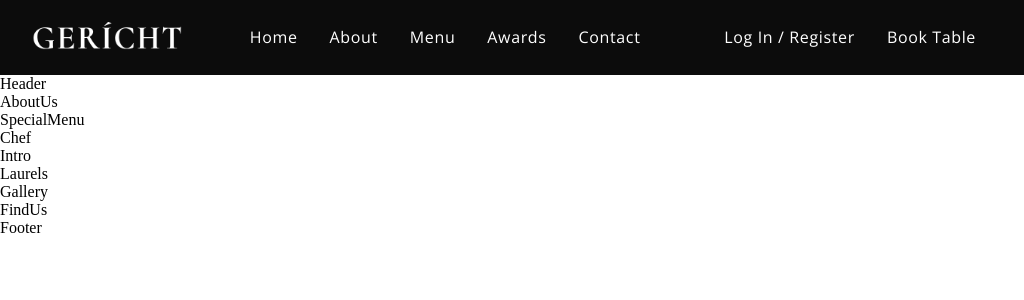
Repository: Isanderr/react-restaurant-page
Page: /
An editor plug-in stored every save of this project. The page is shown before and after the next save, followed by the edit.
The browser window is 1024 px wide. The pictures show the whole page.
Some web fonts or font styles are not loaded; a fallback is used. The project was rebuilt for these pictures with package versions that can differ from the ones it lists, and the page was loaded fresh each time. Also part of the build but not shown: src/components/SubHeading/SubHeading.jsx, src/components/Footer/Newsletter.jsx, src/components/Footer/FooterOverlay.jsx, src/components/Menuitem/MenuItem.jsx.

Above is the page before, as saved 2022-05-21 14:58:44.

### public/index.html
<!DOCTYPE html>
<html lang="en">
  <head>
    <meta charset="utf-8" />
    <link rel="icon" href="%PUBLIC_URL%/favicon.ico" />
    <meta name="viewport" content="width=device-width, initial-scale=1" />
    <meta name="theme-color" content="#000000" />
    <meta
      name="description"
      content="Web site created using create-react-app"
    />
    <link rel="apple-touch-icon" href="%PUBLIC_URL%/logo192.png" />
    <link rel="manifest" href="%PUBLIC_URL%/manifest.json" />
    <title>Restaurant Page</title>
  </head>
  <body>
    <noscript>You need to enable JavaScript to run this app.</noscript>
    <div id="root"></div>
  </body>
</html>

### src/index.js
import React from 'react';
import { createRoot } from 'react-dom/client';

import './index.css';
import App from './App';

const container = document.getElementById('root');
const root = createRoot(container);
root.render(<React.StrictMode>
  <App />
</React.StrictMode>);

### src/components/Navbar/Navbar.jsx
import React from 'react';
import {GiHamburgerMenu} from 'react-icons/gi';
import {MdOutlineRestaurantMenu} from 'react-icons/md';
import images from '../../constants/images';


import './Navbar.css';

const Navbar = () => (
  <nav className="app__navbar">
    <div className="app__navbar-logo">
      <img src={ images.gericht} alt="logo"/>
    </div>
    <ul className="app__navbar-links">
      <li className="p__opensans"><a href="#home">Home</a></li>
      <li className="p__opensans"><a href="#about">About</a></li>
      <li className="p__opensans"><a href="#menu">Menu</a></li>
      <li className="p__opensans"><a href="#awards">Awards</a></li>
      <li className="p__opensans"><a href="#contact">Contact</a></li>
    </ul>
    <div className="app__navbar-login">
      <a href="#login" className="p__opensans">Log in / Register</a>
      <div/>
      <a href="/" className="p__opensans">Book Table</a>
    </div>
    <div className="app__navbar-smallscreen">
      <GiHamburgerMenu color="#fff" fontSize={27} onClick={() => { }} />


      <div className="app__navbar-smallscreen_overlay flex__center slide-bottom">
        <MdOutlineRestaurantMenu fontSize={27} className="overlay__close" onClick={() => { }} />
        <ul className="app__navbar-smallscreen-links">
      <li className="p__opensans"><a href="#home">Home</a></li>
      <li className="p__opensans"><a href="#about">About</a></li>
      <li className="p__opensans"><a href="#menu">Menu</a></li>
      <li className="p__opensans"><a href="#awards">Awards</a></li>
      <li className="p__opensans"><a href="#contact">Contact</a></li>
    </ul>
      </div>
    </div>
  </nav>
);

export default Navbar;

### src/constants/images.js
import bg from '../assets/bg.png';
import chef from '../assets/chef.png';
import G from '../assets/G.png';
import gallery01 from '../assets/gallery01.png';
import gallery02 from '../assets/gallery02.png';
import gallery03 from '../assets/gallery03.png';
import gallery04 from '../assets/gallery04.png';
import knife from '../assets/knife.png';
import logo from '../assets/logo.png';
import menu from '../assets/menu.png';
import overlaybg from '../assets/overlaybg.png';
import spoon from '../assets/spoon.svg';
import welcome from '../assets/welcome.png';
import findus from '../assets/findus.png';
import laurels from '../assets/laurels.png';
import award01 from '../assets/award01.png';
import award02 from '../assets/award02.png';
import award03 from '../assets/award03.png';
import award05 from '../assets/award05.png';
import sign from '../assets/sign.png';
import quote from '../assets/quote.png';
import gericht from '../assets/gericht.png';

export default {
  bg,
  chef,
  G,
  gallery01,
  gallery02,
  gallery03,
  gallery04,
  knife,
  logo,
  menu,
  overlaybg,
  spoon,
  welcome,
  findus,
  laurels,
  award01,
  award02,
  award03,
  award05,
  sign,
  quote,
  gericht,
};

### src/components/Navbar/Navbar.css
.app__navbar {
    width: 100%;
    display: flex;
    justify-content: space-between;
    align-items: center;
    background: var(--color-black);
    padding: 1rem 2rem;
}

.app__navbar-logo{
    display: flex;
    justify-content: flex-start;
    align-items: center;
}

.app__navbar-logo img {
    width: 150px;
}

.app__navbar-links {
    flex: 1;
    display: flex;
    justify-content: center;
    align-items: center;

    list-style: none;
}
.app__navbar-links li{
    margin: 0 1rem;
    cursor: pointer;
}

.app__navbar-links li:hover{
    color: var(--color-grey)
}

.app__navbar-login{
    display: flex;
    justify-content: flex-end;
    align-items: center;
}

.app__navbar-login a{
    margin: 0 1rem;
    text-decoration: none;
    transition: 0.5s ease;
}
.app__navbar-login a:hover {
    border-bottom: 1px solid var(--color-golden);
}

.app_navbar-login div {
    width: 1px;
    height: 30px;
    background: var(--color-grey);
}

.app__navbar-smallscreen {
    display: none;
}

.app__navbar-smallscreen_overlay {
    position: fixed;
    top: 0;
    left: 0;
    width: 100%;
    height: 100vh;
    background: var(--color-black);
    transition: 0.5s ease;

    flex-direction: column;
    z-index: 5;
}

.app__navbar-smallscreen_overlay .overlay__close {
    font-size: 27px;
    color: var(--color-golden);
    cursor: pointer;

    position: absolute;
    top: 20px;
    right: 20px;
}

Loaded but not shown: src/index.css (common file); src/App.js (common file); src/container/index.js (common file); src/components/index.js (common file); src/App.css (common file); src/container/AboutUs/AboutUs.jsx (common file); src/container/Chef/Chef.jsx (common file); src/container/Findus/FindUs.jsx (common file); src/container/Footer/Footer.jsx (common file); src/container/Gallery/Gallery.jsx (common file); src/container/Header/Header.jsx (common file); src/container/Intro/Intro.jsx (common file); src/container/Laurels/Laurels.jsx (common file); src/container/Menu/SpecialMenu.jsx (common file); src/components/Footer/FooterOverlay.css (no stored copy; drawn as an empty file); src/components/Footer/Newsletter.css (no stored copy; drawn as an empty file); src/components/Menuitem/MenuItem.css (no stored copy; drawn as an empty file); src/container/AboutUs/AboutUs.css (no stored copy; drawn as an empty file); src/container/Chef/Chef.css (no stored copy; drawn as an empty file); src/container/Footer/Footer.css (no stored copy; drawn as an empty file); src/container/Gallery/Gallery.css (no stored copy; drawn as an empty file); src/container/Header/Header.css (no stored copy; drawn as an empty file); src/container/Intro/Intro.css (no stored copy; drawn as an empty file); src/container/Laurels/Laurels.css (no stored copy; drawn as an empty file); src/container/Menu/SpecialMenu.css (no stored copy; drawn as an empty file)

After the next save:
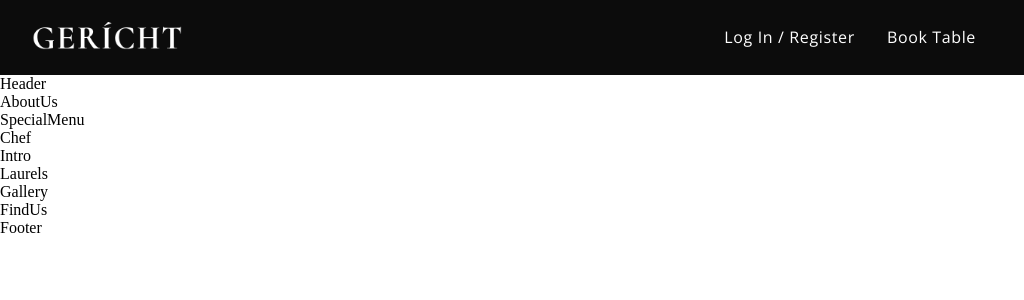
Saved 60 s later.
--- a/src/components/Navbar/Navbar.css
+++ b/src/components/Navbar/Navbar.css
@@ -81,3 +81,9 @@
     top: 20px;
     right: 20px;
 }
+
+@media screen and (max-width: 1150px) {
+    .app__navbar-links {
+        display: none;
+    }
+}
